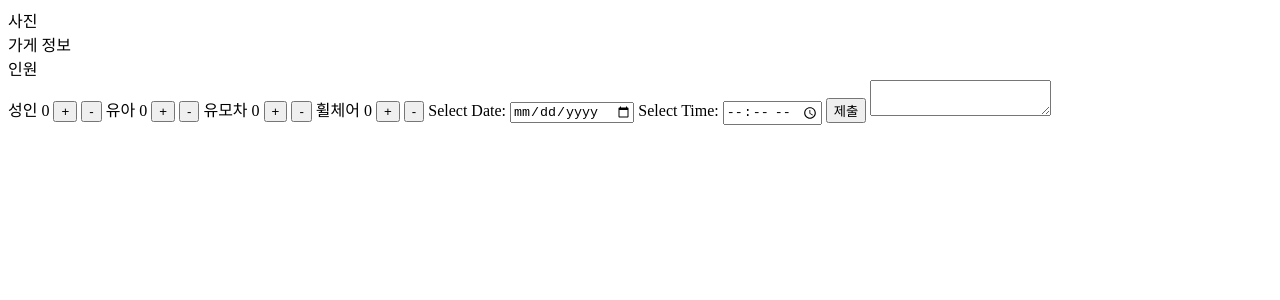
Repository: MeGuuuun/-_TableJava
Page: http://localhost/kimbanbagi/book.jsp
An editor plug-in stored every save of this project. The page is shown before and after the next save, followed by the edit.
The browser window is 1280 px wide. The pictures show the whole page.
The page is served by Tomcat 10. Other server files are loaded and not shown.

Above is the page before, as saved 2024-06-03 01:54:18.

### tableJava/kimbanbagi/WebContent/book.jsp
<%@ page language="java" contentType="text/html; charset=UTF-8"
    pageEncoding="UTF-8"%>
<!DOCTYPE html>
<html>
<head>
<meta charset="UTF-8">
<title>예약 화면</title>
<script src="https://code.jquery.com/jquery-3.6.0.min.js"></script>
</head>
<body>
<form action="book" method="post" id="frm">
	<div id="container">
		<div id="store_div">
			<div>사진</div>
			<div>가게 정보<br></div>
		</div>
		<div id="book_div">
			인원 <br>
			성인
			<span id="a_count">0</span>
			<button type="button" id="a_increaseCount">+</button>
    		<button type="button" id="a_decreaseCount">-</button>
    		<input type="hidden">
    		유아
    		<span id="k_count">0</span>
			<button type="button" id="k_increaseCount">+</button>
    		<button type="button" id="k_decreaseCount">-</button>
    		유모차
    		<span id="s_count">0</span>
			<button type="button" id="s_increaseCount">+</button>
    		<button type="button" id="s_decreaseCount">-</button>
    		휠체어
    		<span id="w_count">0</span>
			<button type="button" id="w_increaseCount">+</button>
    		<button type="button" id="w_decreaseCount">-</button>

    		<input type="hidden" name="adultCount" id="hiddenAdultCount" value="0">
    		<input type="hidden" name="kidCount" id="hiddenKidCount" value="0">
    		<input type="hidden" name="stroller" id="hiddenStroller" value="0">
    		<input type="hidden" name="wheelchair" id="hiddenWheelchair" value="0">

  			<label for="dateInput">Select Date:</label>
			<input type="date" id="dateInput" name="dateValue">

			<label for="timeInput">Select Time:</label>
			<input type="time" id="timeInput" name="timeValue">
    		<button type="submit" id="submitBtn">제출</button>

    		<textarea name="requirement" value="요청사항"></textarea>
		</div>
		<script>
			$(document).ready(function() {
				var a_count = parseInt($("#a_count").text()); // 성인 인원
			    var k_count = parseInt($("#k_count").text()); // 유아 인원
			    var s_count = parseInt($("#s_count").text()); // 유모차 개수
			    var w_count = parseInt($("#w_count").text()); // 휠체어 개수

			 // 성인 인원 증가/감소
			    $('#a_increaseCount').on('click', function(event) {
			        event.preventDefault();
			        a_count++;
			        $("#a_count").text(a_count);
			    });

			    $('#a_decreaseCount').on('click', function(event) {
			        event.preventDefault();
			        if (a_count > 0) {
			            a_count--;
			            $("#a_count").text(a_count);
			        }
			    });

			    // 유아 인원 증가/감소
			    $('#k_increaseCount').on('click', function(event) {
			        event.preventDefault();
			        k_count++;
			        $("#k_count").text(k_count);
			    });

			    $('#k_decreaseCount').on('click', function(event) {
			        event.preventDefault();
			        if (k_count > 0) {
			            k_count--;
			            $("#k_count").text(k_count);
			        }
			    });

			    // 유모차 개수 증가/감소
			    $('#s_increaseCount').on('click', function(event) {
			        event.preventDefault();
			        s_count++;
			        $("#s_count").text(s_count);
			    });

			    $('#s_decreaseCount').on('click', function(event) {
			        event.preventDefault();
			        if (s_count > 0) {
			            s_count--;
			            $("#s_count").text(s_count);
			        }
			    });

			    // 휠체어 개수 증가/감소
			    $('#w_increaseCount').on('click', function(event) {
			        event.preventDefault();
			        w_count++;
			        $("#w_count").text(w_count);
			    });

			    $('#w_decreaseCount').on('click', function(event) {
			        event.preventDefault();
			        if (w_count > 0) {
			            w_count--;
			            $("#w_count").text(w_count);
			        }
			    });

			    // 제출 버튼 클릭 시 form submit
			    $('#submitBtn').on('click', function(event) {
			        event.preventDefault();
			        $('#hiddenAdultCount').val($("#a_count").text());
			        $('#hiddenKidCount').val($("#k_count").text());
			        $('#hiddenStroller').val($("#s_count").text());
			        $('#hiddenWheelchair').val($("#w_count").text());
			        $('#frm').submit();
			    });
			});
		</script>
	</div>
</form>
</body>
</html>

After the next save:
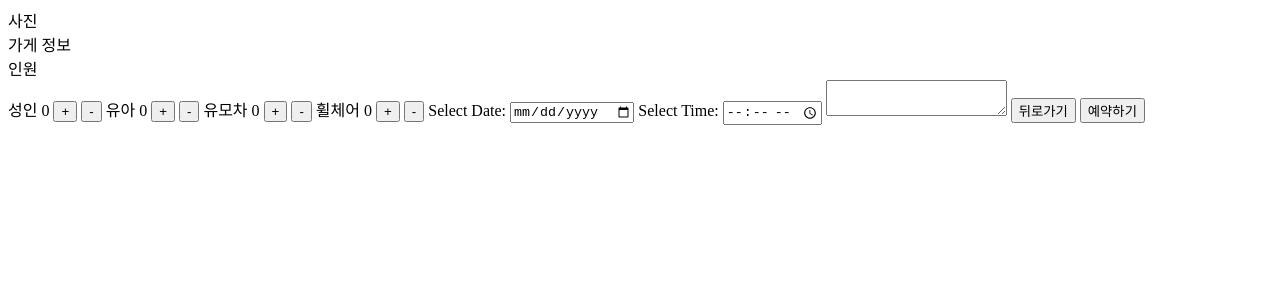
Saved 3 min 2 s later.
--- a/tableJava/kimbanbagi/WebContent/book.jsp
+++ b/tableJava/kimbanbagi/WebContent/book.jsp
@@ -44,9 +44,11 @@
 
 			<label for="timeInput">Select Time:</label>
 			<input type="time" id="timeInput" name="timeValue">
-    		<button type="submit" id="submitBtn">제출</button>
 
     		<textarea name="requirement" value="요청사항"></textarea>
+
+    		<button id="goBackBtn">뒤로가기</button>
+    		<button type="submit" id="submitBtn">예약하기</button>
 		</div>
 		<script>
 			$(document).ready(function() {
